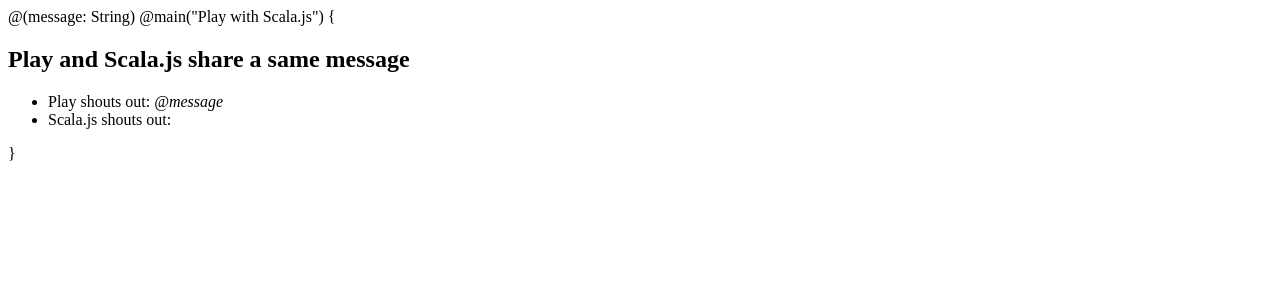
Repository: arthurfeeney/Interior-Design
Page: server/app/views/index.scala.html
An editor plug-in stored every save of this project. The page is shown before and after the next save, followed by the edit.
The browser window is 1280 px wide. The pictures show the whole page.

Above is the page before, as saved 2019-03-31 18:19:14.

After the next save:
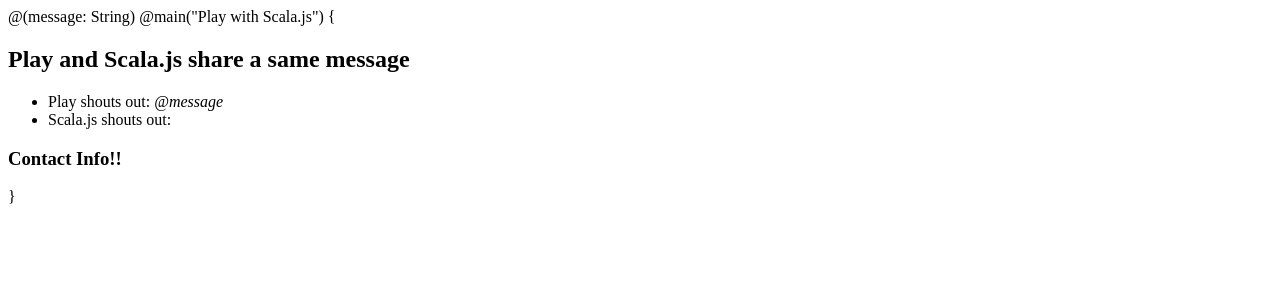
Saved 5 min 0 s later.
--- a/server/app/views/index.scala.html
+++ b/server/app/views/index.scala.html
@@ -6,4 +6,6 @@
   <li>Play shouts out: <em>@message</em></li>
   <li>Scala.js shouts out: <em id="scalajsShoutOut"></em></li>
 </ul>
+
+<h3> Contact Info!! </h3>
 }
